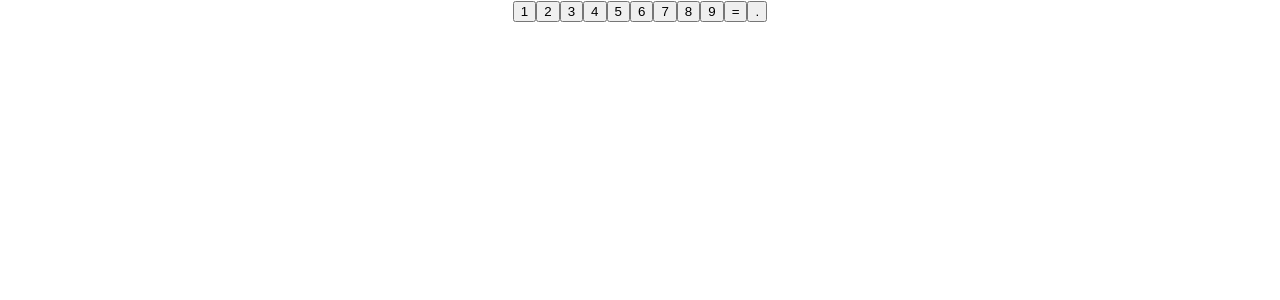
Repository: hoangphuong965/calculator_react
Page: /
The author's editor kept a copy of each file at every save. The page is drawn from the files as they stood at one save, then again after a run of saves.
The browser window is 1280 px wide. The pictures show the whole page.
The project was rebuilt for these pictures with package versions that can differ from the ones it lists, and the page was loaded fresh each time.

Above is the page before, as saved 2020-08-04 07:53:42.

After the next 2 saves:
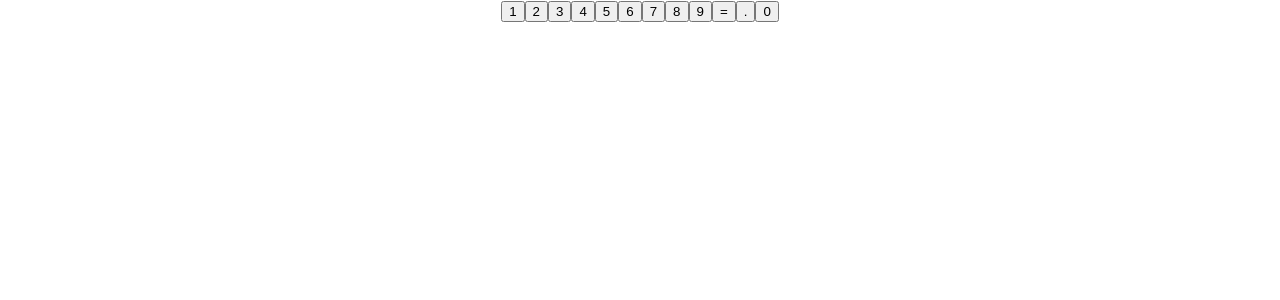
The 2 saves are shown as one change because they came seconds apart.
The last was saved 6 s later.
--- a/src/component/Key.js
+++ b/src/component/Key.js
@@ -18,6 +18,7 @@ function Key() {
         <button className="data-key">9</button>
         <button className="data-key">=</button>
         <button className="data-key">.</button>
+        <button className="data-key">0</button>
       </div>
     </div>
   );
